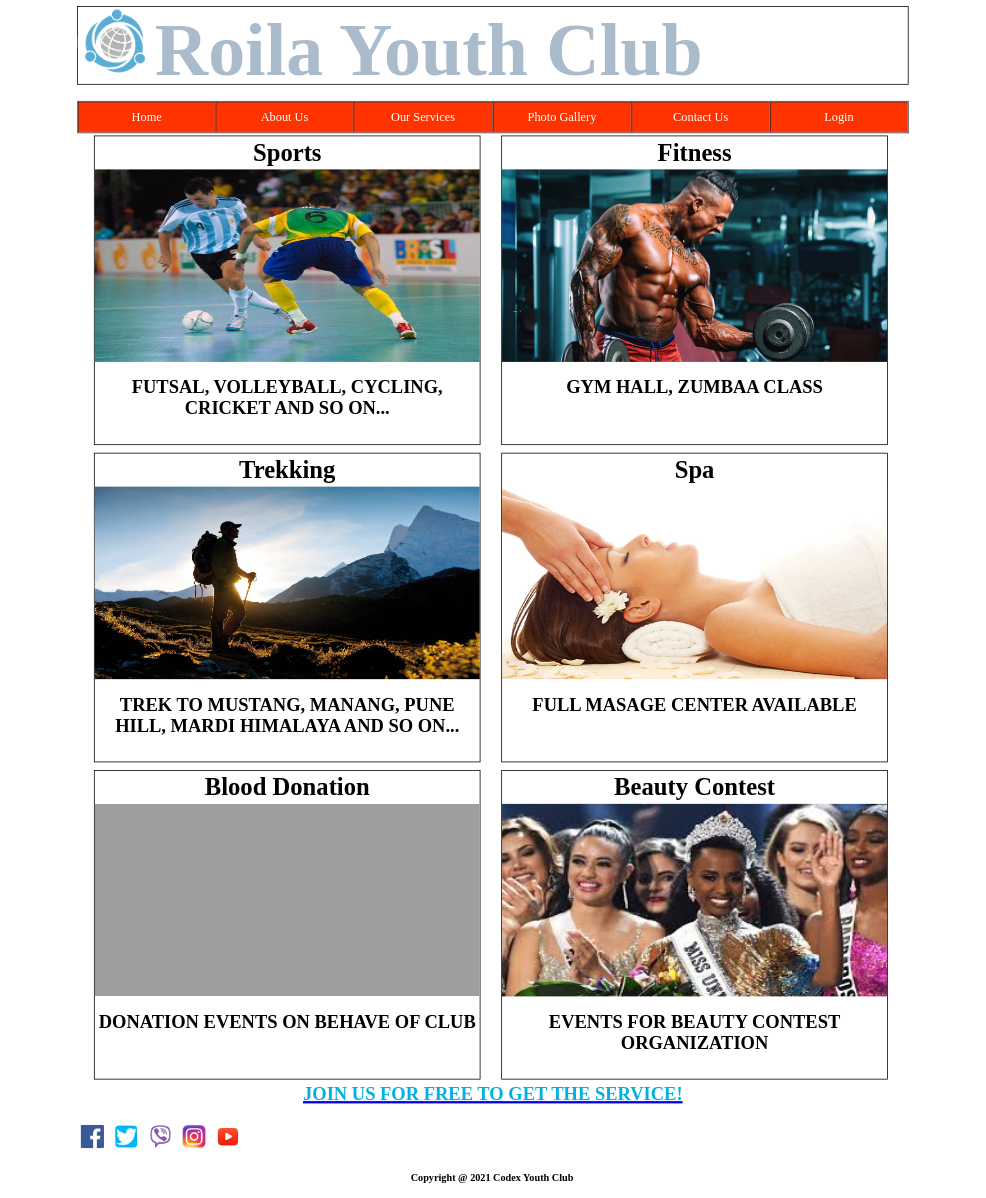
Repository: Davidchuks96/Social-Club
Page: services.html
An editor plug-in stored every save of this project. The page is shown before and after the next save, followed by the edit.
The browser window is 1280 px wide. The pictures show the whole page, at 77% of full size.
Pictures or frames that could not be fetched are drawn as grey boxes.

Above is the page before, as saved 2021-02-22 17:58:43.
Console error: TypeError: Cannot set properties of null (setting 'innerHTML')

### services.html
<html>
<head>
<title>Codex Youth Club | Services </title>
</head>
<link href="new.css" type="text/css" rel="stylesheet" />
<!-- Internal CSS -->
<style>
header img{
float:left;
}

header h1{
margin:0px;
float:center;

}

.s1 h1{
margin:3px;
}
</style>
<body>
<div class="id">
<div class="header">
<header>
<a href="new.html">
<!-- href is used for linking page address -->
<img src="images/logo.png" width="100px" ></a>
<font size="20" color="#abc"><h1> Roila Youth Club</h1></font>



</header>
</div>

<div class="list">
<table width="1080" border="1" border-color="white" cellspacing="0" cellpadding="0">
      <tr>
	  <!-- Using tr and td with href in table as Navigation bar -->
        <td width="196" height="40" align="center" bgcolor="FF3300"><span class="style7"><a href="new.html"><font color="#FFFFFF">Home</font></a></span></td>
        <td width="196" height="40" align="center" bgcolor="FF3300"><span class="style7"><a href="about.html"><font color="#FFFFFF">About Us</font></a></span></td>
        <td width="196" height="40" align="center" bgcolor="FF3300"><span class="style7"><a href="services.html"><font color="#FFFFFF">Our Services</font></a></span></td>
        <td width="196" height="40" align="center" bgcolor="FF3300"><span class="style7"><a href="gallery.html"><font color="#FFFFFF">Photo Gallery</font></a></span></td>
        <td width="196" height="40" align="center" bgcolor="FF3300"><span class="style7"><a href="contact.html"><font color="#ffffff">Contact Us</font></a></span></td>
        <td width="196" height="40" align="center" bgcolor="FF3300"><span class="style7"><a href="login.html"><font color="#ffffff">Login</font></a></span></td>
      </tr>
    </table>
</div>
<!-- h1 and h2 is aligned with defined class -->
<div class="s1">
<h1 align="center">Sports</h1>
<img src="images/s1.jpg" height="250" width="500px">
<h2 align="center">FUTSAL, VOLLEYBALL, CYCLING, CRICKET AND SO ON...</h2>
</div>
<div class="s1"><h1 align="center">Fitness</h1>
<img src="images/s2.jpg" height="250" width="500px">
<h2 align="center">GYM HALL, ZUMBAA CLASS</h2>
</div>
<div class="s1"><h1 align="center">Trekking</h1>
<img src="images/s3.jpg" height="250" width="500px">
<h2 align="center">TREK TO MUSTANG, MANANG, PUNE HILL, MARDI HIMALAYA AND SO ON...</h2>
</div>
<div class="s1"><h1 align="center">Spa</h1>
<img src="images/s4.jpg" height="250" width="500px">
<h2 align="center">FULL MASAGE CENTER AVAILABLE</h2>
</div>
<div class="s1"><h1 align="center">Blood Donation</h1>
<img src="images/s5.jpg" height="250" width="500px">
<h2 align="center">DONATION EVENTS ON BEHAVE OF CLUB</h2>
</div>
<div class="s1"><h1 align="center">Beauty Contest</h1>
<img src="images/s6.jpg" height="250" width="500px">
<h2 align="center">EVENTS FOR BEAUTY CONTEST ORGANIZATION</h2>
</div>
<a href="signup.html"><h1 align="center"><font size="5px" color="sky blue">JOIN US FOR FREE TO GET THE SERVICE!</font></h1></a>
<!-- img is used to insert icon and href is linked on the icons in footer -->
<div class="footer">
<a target="_blank" href="https://www.facebook.com/"><img src="images/fb.png" width="30" height="30"></a>
<a target="_blank" href="https://www.twitter.com/"><img src="images/tw.png" width="30" height="30"></a>
<a target="_blank" href="https://www.viber.com/"><img src="images/vb.png" width="30" height="30"></a>
<a target="_blank" href="https://www.instagram.com/"><img src="images/in.png" width="30" height="30"></a>
<a target="_blank" href="https://www.youtube.com/"><img src="images/yu.png" width="30" height="30"></a>


<h5 id="fo" align="center"></h5>
</div>
<!-- JavaScript used in the recent page are listed below. Script is used for it -->
<script src="slide.js" ></script>
<script src="footer.js" ></script>
</body>
</html>

### new.css
/* "." is used for class assigned
  "#" is used for id assined */
.id{
	width:1080px;
	height:auto;
	margin-left:auto;
	margin-right:auto;

}
.header{
	background-color:;
	width:1078px;
	height:100px;
	border:1px solid black;
	clear:both;

}
.logo{
	float:left;
}
.logo1{
	float:left;
	display:inline;

	background-image:url("images/fewa.jpg");


}
.header p{
	display:inline;


}

.list{
	float:left;
	font-style:normal;
	font-size:27px;
	background-color:#efefef;
	width:1080px;
	height:40px;
	text-decoration:none;
}

.list table tr td a{
	display:inline;
	text-decoration:none;
}


.sidebar{
	float:left;
	width:800px;
	height:300px;
	border:1px solid black;
}
.bar{

	float:left;
	width:276px;
	height:300px;
	border:1px solid black;
}
.adv{
	float:left;
	width:1078px;
	height:30px;
	border:1px solid black;
}
/*
.content{
	float:left;
	width:1078;
	height:500;
	border:1px solid black;
}*/
.footer{
	float:left;
	width:1078px;
	height:100px;
	border:0px solid black;
	clear:both;
	text-align:left;
}
.footer img{
	margin:5px;
}
.s1{
	height:400px;
	width:500px;
	float:left;
	border:1px solid black;
	margin:5px 5px 5px 22px;
}

### slide.js
var i=0;
var imagefile=[''];
setInterval(startSlider,2000);

function startSlider()
{
		document.getElementById("slide1").src="images/"+ imagefile[i];
	i++;
	if(i>3)
	{
		i=0;
	}
}
var today=new Date();
var element=document.getElementById("new").innerHTML=today.toDateString();

var hour=today.getHours();
var greet;
if(hour>=18)
{
	greet=" Good Evening";
}
else if(hour>=12)
{
	greet=" Good Afternoon";
}
else{
	greet=" Good Morning";
}
document.getElementById("greeting").innerHTML=greet;

### footer.js
var value="Copyright @ 2021 Codex Youth Club";
document.getElementById("fo").innerHTML=value;

After the next save:
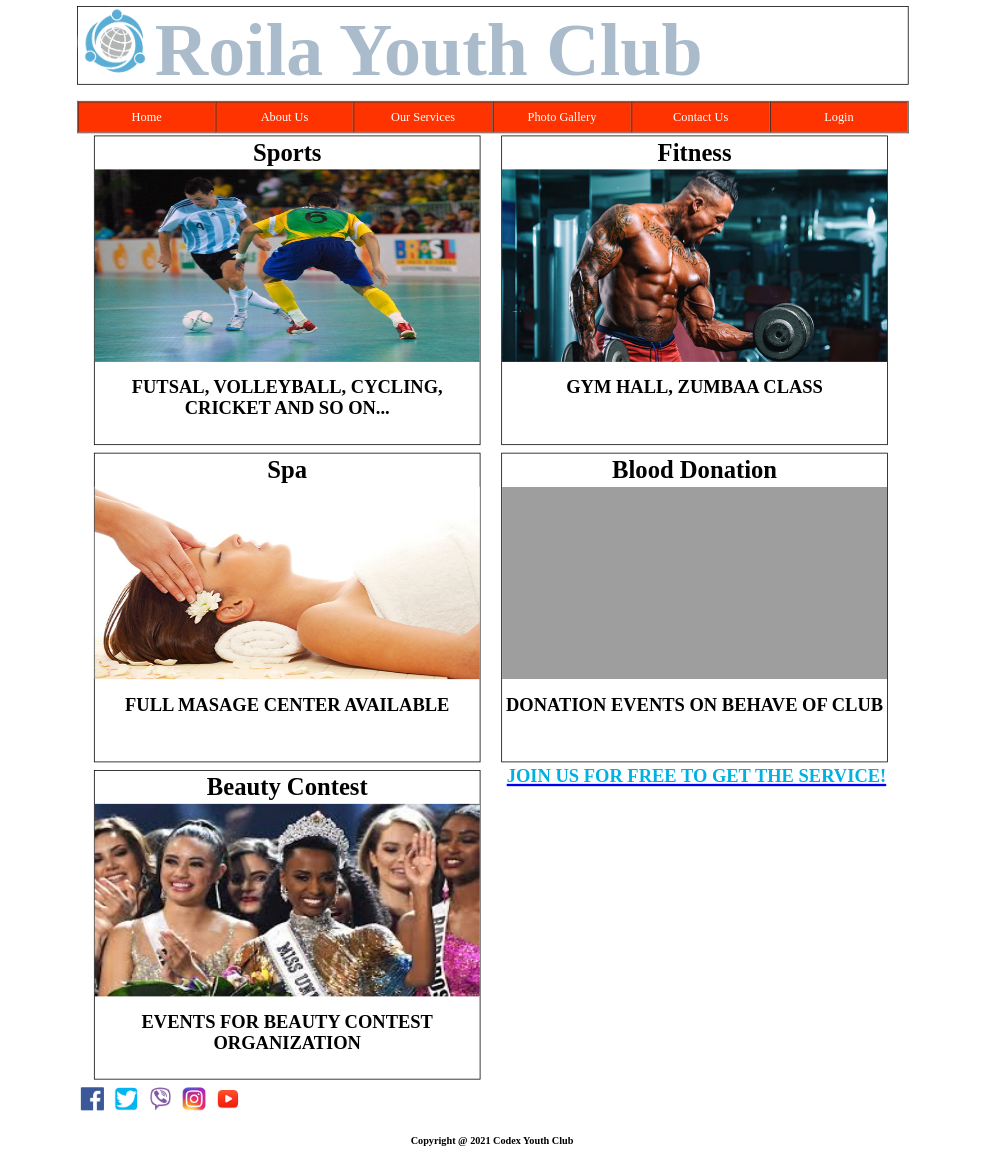
Saved 48 s later.
--- a/services.html
+++ b/services.html
@@ -56,10 +56,6 @@ margin:3px;
 <img src="images/s2.jpg" height="250" width="500px">
 <h2 align="center">GYM HALL, ZUMBAA CLASS</h2>
 </div>
-<div class="s1"><h1 align="center">Trekking</h1>
-<img src="images/s3.jpg" height="250" width="500px">
-<h2 align="center">TREK TO MUSTANG, MANANG, PUNE HILL, MARDI HIMALAYA AND SO ON...</h2>
-</div>
 <div class="s1"><h1 align="center">Spa</h1>
 <img src="images/s4.jpg" height="250" width="500px">
 <h2 align="center">FULL MASAGE CENTER AVAILABLE</h2>
